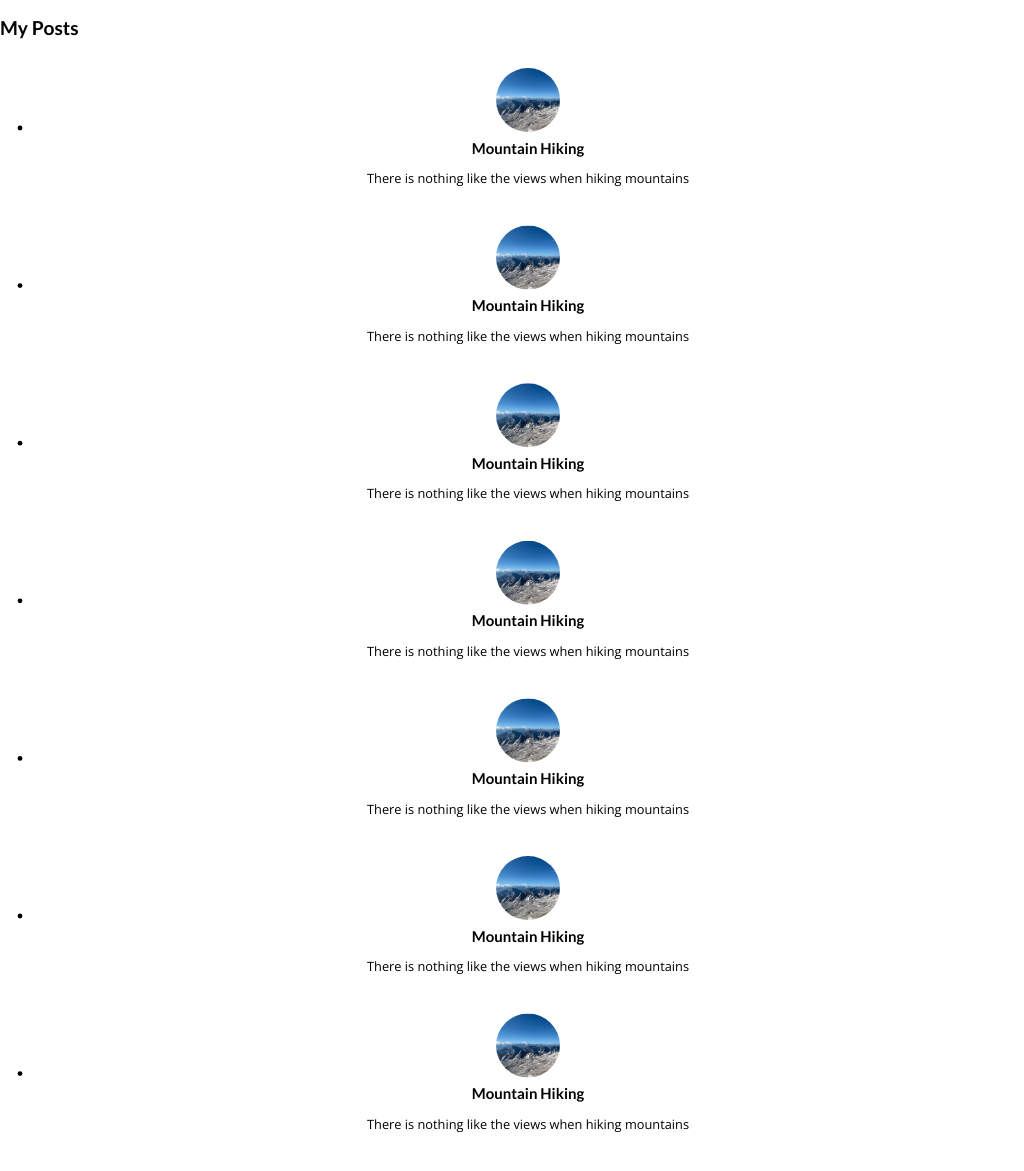
Repository: harshagr64/codeblogs
Page: http://localhost/posts
These files come from the project's save history. The page is drawn as it stood at one moment and after the next save; the edit follows.
The browser window is 1280 px wide. The pictures show the whole page, at 80% of full size.
The page is served by the project's application, run on Django 3.2 (manage.py). Other server files are loaded and not shown.

Above is the page before, as saved 2021-08-21 11:14:00.

### codeblogs/blog/templates/blog/all-posts.html
{% extends 'base.html' %}
{% load static %}

{% load static %}
{% block title %}All Posts{% endblock %}

{% block css_files %}
    {% comment %} <link rel="stylesheet" href="{% static "blog/index.css" %}"> {% endcomment %}
    <link rel="stylesheet" href="{% static "blog/posts.css" %}">


{% endblock css_files %}


{% block content %}
    <section>
        <h2>My Posts</h2>
        <ul>
            {% include "blog/includes/post.html" %}
            {% include "blog/includes/post.html" %}
            {% include "blog/includes/post.html" %}
            {% include "blog/includes/post.html" %}
            {% include "blog/includes/post.html" %}
            {% include "blog/includes/post.html" %}
            {% include "blog/includes/post.html" %}


        </ul>
    </section>

{% endblock content %}

### codeblogs/templates/base.html
{% load static %}

<!DOCTYPE html>
<html lang="en">
  <head>
    <meta charset="UTF-8" />
    <meta http-equiv="X-UA-Compatible" content="IE=edge" />
    <meta name="viewport" content="width=device-width, initial-scale=1.0" />
    <title>{% block title %}CodeBlogs{% endblock %}</title>
    <link rel="stylesheet" href="{% static "app.css" %}">
    {% block css_files %}{% endblock %}
  </head>
  <body>
  <header id="main-navigation">
        <a href = "">CodeBlogs</a>

        <nav>
            <a href = "">All Posts</a>
        </nav>
    </header>
  {% block content %}{% endblock %}
  </body>
</html>

### codeblogs/blog/templates/blog/includes/post.html
{% load static %}

<li>
  <article class="post">
    <a href="">
      <img
        src="{% static 'blog/images/mountains.jpg' %}"
        alt="Mountain Hiking"
      />
      <div class="post__content">
        <h3>Mountain Hiking</h3>
        <p>There is nothing like the views when hiking mountains</p>
      </div>
    </a>
  </article>
</li>

### codeblogs/blog/views.py
from django.shortcuts import render


def starting_page(request):
    return render(request, "blog/index.html")


def posts(request):
    return render(request, "blog/all-posts.html")


def post_detail(request):
    pass

### codeblogs/codeblogs/urls.py
"""codeblogs URL Configuration

The `urlpatterns` list routes URLs to views. For more information please see:
    https://docs.djangoproject.com/en/3.2/topics/http/urls/
Examples:
Function views
    1. Add an import:  from my_app import views
    2. Add a URL to urlpatterns:  path('', views.home, name='home')
Class-based views
    1. Add an import:  from other_app.views import Home
    2. Add a URL to urlpatterns:  path('', Home.as_view(), name='home')
Including another URLconf
    1. Import the include() function: from django.urls import include, path
    2. Add a URL to urlpatterns:  path('blog/', include('blog.urls'))
"""
from django.contrib import admin
from django.urls import path, include

urlpatterns = [
    path('admin/', admin.site.urls),
    path('', include("blog.urls") )
]

### codeblogs/blog/urls.py
from django.urls import path
from . import views

urlpatterns = [
    path("", views.starting_page, name="starting-page"),
    path("posts", views.posts, name="post-page"),
    path("posts/<slug:slug>", views.post_detail, name="post-detail-page")
]

### codeblogs/static/app.css
@import url("https://fonts.googleapis.com/css2?family=Lato:wght@400;700&family=Open+Sans:wght@400;700&display=swap");

* {
  box-sizing: border-box;
}

html {
  font-family: "Open Sans", "Lato", sans-serif;
}

body {
  margin: 0;
}

h1,
h2,
h3 {
  font-family: "Lato", sans-serif;
  font-weight: bold;
}

#main-navigation {
  width: 100%;
  height: 5rem;
  display: flex;
  justify-content: space-between;
  align-items: center;
  padding: 0 10%;
  position: absolute;
  top: 0;
  left: 0;
}

#main-navigation a {
  text-decoration: none;
  color: white;
  font-weight: bold;
}

#main-navigation a:hover,
#main-navigation a:active {
  color: #cf79f1;
}

#main-navigation h1 a:hover,
#main-navigation h1 a:active {
  color: white;
}

### codeblogs/blog/static/blog/posts.css
.post {
    display: flex;
    flex-direction: column;
    align-items: center;
    text-align: center;
  }

  .post a {
    text-decoration: none;
    color: black;
    transition: all 0.2s ease;
    padding: 1rem;
  }

  .post a:hover,
  .post a:active {
    transform: scale(1.1);
    background-color: #390281;
    color: white;
  }

  .post img {
    width: 5rem;
    height: 5rem;
    object-fit: cover;
    border-radius: 50%;
  }

  .post h3 {
    margin: 0.25rem 0;
  }

  .post time {
    color: #666666;
    margin: 0.25rem;
    font-style: italic;
    font-size: 0.85rem;
  }

  .post:hover time,
  .post:active time {
    color: white;
  }

Loaded but not shown: codeblogs/blog/static/blog/all-posts.css (common file)

After the next save:
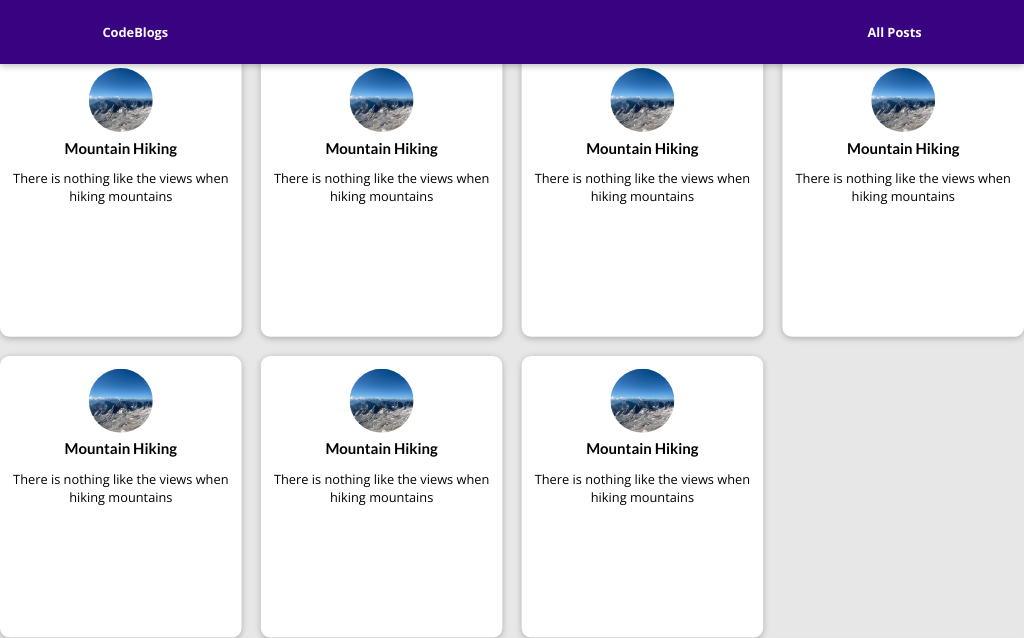
Saved 5 s later.
--- a/codeblogs/blog/templates/blog/all-posts.html
+++ b/codeblogs/blog/templates/blog/all-posts.html
@@ -5,7 +5,7 @@
 {% block title %}All Posts{% endblock %}
 
 {% block css_files %}
-    {% comment %} <link rel="stylesheet" href="{% static "blog/index.css" %}"> {% endcomment %}
+    <link rel="stylesheet" href="{% static "blog/all-posts.css" %}">
     <link rel="stylesheet" href="{% static "blog/posts.css" %}">
 
 
